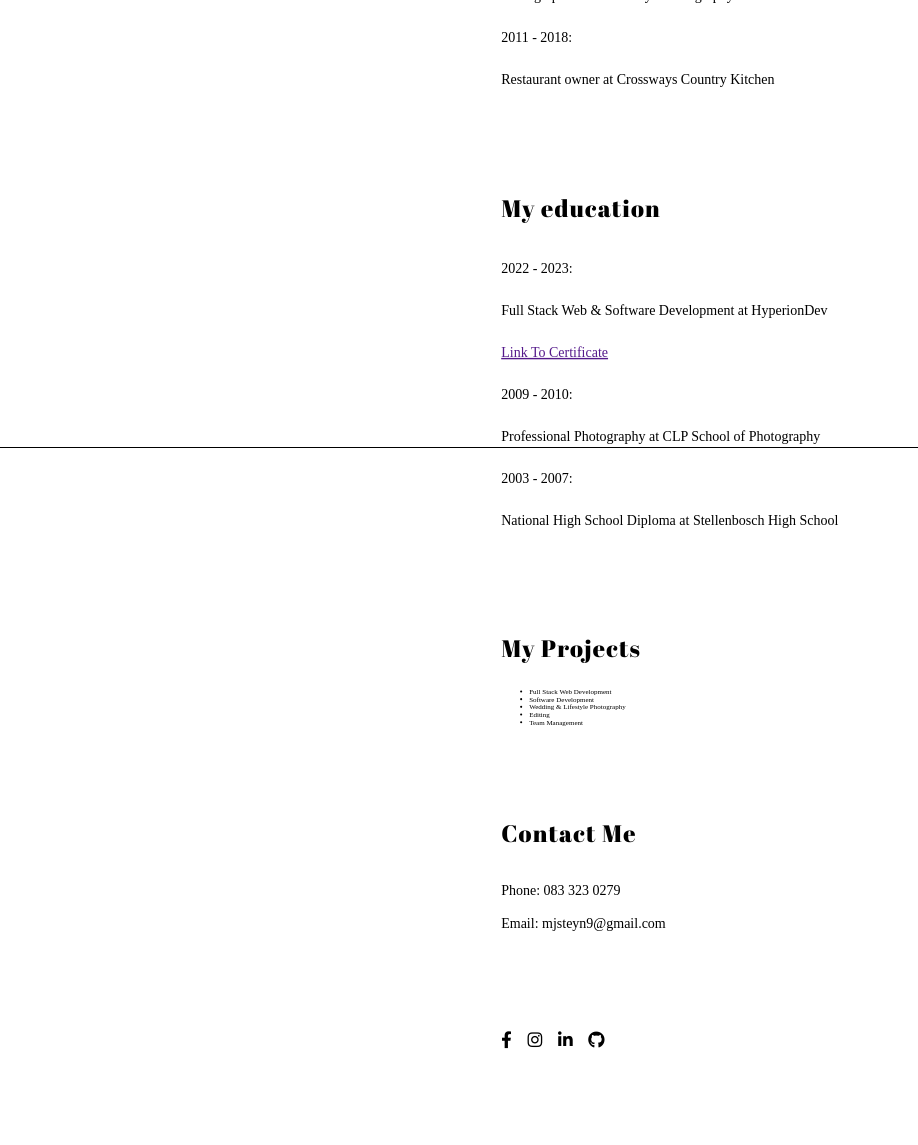
Repository: mikasteyn999/My-CV-Website
Page: index.html
The author's editor kept a copy of each file at every save. The page is drawn from the files as they stood at one save, then again after the next save.
The browser window is 1280 px wide. The page is 1312 px wide, so the pictures cover 1312 px, including what lies to the right of the window. The pictures show the part of the page from y = 2265 to 4145 px (the page is 3900 px tall before and 4145 px after), at 70% of full size.
Some web fonts or font styles are not loaded; a fallback is used.

Above is the page before, as saved 2023-06-03 19:53:49.

### index.html
<!doctype html>
<html lang="en">
    <head>
        <!-- PAGE TITLE -->
        <title>Mika Steyn CV</title>
        <!-- FONTS -->
        <link href="https://fonts.googleapis.com/css?family=Abril+Fatface%7CArapey&amp;subset=latin-ext" rel="stylesheet">
        <!-- STYLESHEETS -->
        <link rel="stylesheet" type="text/css" href="assets/css/main.css">
        <link rel="stylesheet" href="https://cdnjs.cloudflare.com/ajax/libs/font-awesome/5.15.3/css/all.min.css">
    </head>
    <body>
        <!-- IMAGE CONTAINER -->
        <div class="image-container">
            <div class="background-img"></div>
        </div>
        <!-- CONTENT AREA -->
        <div class="content-area">
            <!-- CONTENT AREA INNER -->
            <div class="content-area-inner">
                <!-- INTRO -->
                <section id="intro">
                    <!-- CONTAINER MID -->
                    <div class="container-mid">
                            <h1>I’m Mika Steyn</h1>
                            <p class="subline">DEVELOPER  |  PHOTOGRAPHER  |  DATA ANALYST</p>
                    </div>
                </section>
                <!-- ABOUT -->
                <section id="about">
                    <h3>Why I can help you</h3>
                    <br>
                    <p>I am a multi-talented professional with a unique combination of skills in software development, photography, and data analysis. With a diploma in Full Stack Web & Software Development, I have a strong technical background and am proficient in several programming languages, including HTML, Java, and JavaScript.
                        <br>
                        <br>
                        In addition to my expertise in software development, I have a passion for photography and have been honing my skills for several years. My focus is mostly on weddings & portraiture, playing with natural light in compelling ways.
                        <br>
                        <br>
                        Finally, I have a strong analytical mind and a deep understanding of data analysis. I have experience working with large datasets in the land surveying sector.
                        <br>
                        br
                        With a diverse skill set and a passion for learning new things, I am a dynamic professional who is able to take on a wide range of challenges and deliver exceptional results.</p></p>
                </section>
                <!-- SKILLS -->
                <section id="skills">
                    <h3>My skills</h3>
                    <!-- SKILLS LIST -->
                    <ul class="skills-list">
                        <li>Full Stack Web Development</li>
                        <li>Software Development</li>
                        <li>Wedding & Lifestyle Photography</li>
                        <li>Editing</li>
                        <li>Team Management</li>
                    </ul>
                </section>
                <!-- WORK EXPERIENCE -->
                <section id="work">
                    <h3>My work experience</h3>
                <!-- WORK LIST -->
                    <ul class="work-list">
                        <li>2021 - current:
                            <br>
                            3D Data Analyst at GN Surveys</li>
                        <li>2018 - current:
                            <br>
                            Photographer at Mika Steyn Photography</li>
                        <li>2011 - 2018:
                            <br>
                            Restaurant owner at Crossways Country Kitchen</li>
                    </ul>
                </section>
                <!-- EDUCATION -->
                <section id="education">
                    <h3>My education</h3>
                <!-- EDUCATION LIST -->
                    <ul class="education-list">
                        <li>2022 - 2023:
                            <br>
                            Full Stack Web & Software Development at HyperionDev
                            <br>
                            <a href="">Link To Certificate</a>
                        </li>
                        <li>2009 - 2010:
                            <br>
                            Professional Photography at CLP School of Photography</li>
                        <li>2003 - 2007:
                            <br>
                            National High School Diploma at Stellenbosch High School</li>
                    </ul>
                </section>
                <!-- PROJECTS -->
                <section id="projects">
                    <h3>My Projects</h3>
                    <!-- SKILLS LIST -->
                    <ul class="projects-list">
                        <li>Full Stack Web Development</li>
                        <li>Software Development</li>
                        <li>Wedding & Lifestyle Photography</li>
                        <li>Editing</li>
                        <li>Team Management</li>
                    </ul>
                </section>
                <!-- CONTACT -->
                <section id="contact">
                    <h3>Contact Me</h3>
                    <!-- CONTACT LIST -->
                    <ul class="contact-list">
                        <li>Phone: 083 323 0279</li>
                        <li>Email: mjsteyn9@gmail.com</li>
                    </ul>
                </section>
                <!-- FOOTER -->
                <section id="footer" class="social-icons">
                    <!-- SOCIAL ICONS -->
                    <a href="https://www.facebook.com/mikasteynphotography"><i class="fab fa-facebook-f" aria-hidden="true"></i></a>
                    <a href="https://www.instagram.com/mikasteynphotography"><i class="fab fa-instagram" aria-hidden="true"></i></a>
                    <a href="https://www.linkedin.com/in/mika-steyn-169564208/"><i class="fab fa-linkedin-in" aria-hidden="true"></i></a>
                    <a href="https://github.com/mikasteyn999"><i class="fab fa-github" aria-hidden="true"></i></a>
                </section>
            </div>
        </div>
    </body>
</html>

### assets/css/main.css
html {
    font-size: 10px;
}

body {
    font-family: 'Arapey', serif;
    font-weight: 300;
    font-style: normal;
    color: #000;
    background: #fff;
    -webkit-font-smoothing: antialiased;
}

h1, h2, h3, h4, h5, h6 {
    font-family: 'Abril Fatface', cursive;
    font-weight: normal;
    letter-spacing: .05em;
    color: #000;;
}

h1 {
    font-size: 4.4rem;
}

h2 {
    font-size: 3.9rem;
}

h3 {
    font-size: 3.4rem;
}

h4 {
    font-size: 2.9rem;
}

h5 {
    font-size: 2.4rem;
}

h6 {
    font-size: 1.9rem;
}

p {
    font-size: 1.8rem;
}

@media (max-width:600px) {
    html {
        font-size: 8px;
    }
}

@media (max-width:500px) {
    html {
        font-size: 7px;
    }
}

.image-container {
    position: fixed;
    z-index: 10;
    top: 0;
    left: 0;

    width: 50%;
    height: 100%;
}

.image-container .background-img {
    position: absolute;
    z-index: 1;
    top: 0;
    left: 0;

    width: 100%;
    height: 100%;

    background: url(../img/profilePhoto.jpg);
    background-repeat: no-repeat;
    background-size: cover;
}

@media (max-width:1200px) {
    .image-container {
        position: relative;
        z-index: 10;
        top: 0;
        left: 0;

        width: 100%;
        height: 100vh;
    }
}

.content-area {
    position: relative;
    left: 0;

    width: 100%;
}

.content-area .content-area-inner {
    position: relative;
    left: 50%;

    width: 50%;
    padding: 0 20px;
    overflow-x: hidden;
}

.content-area .content-area-inner section {
    max-width: 520px;
    margin: 0 auto 18vh auto;
}

@media (max-width:1200px) {
    .content-area .content-area-inner {
        left: 0;

        width: 100%;
        padding: 0 20px;
    }
}

#intro {
    position: relative;
    height: 100vh;
    margin-bottom: 0;
}

#intro .container-mid {
    position: absolute;
    top: 50%;
    width: 100%;
    -webkit-transform: translateY(-50%);
        -ms-transform: translateY(-50%);
            transform: translateY(-50%);
}

#intro .container-mid p.subline {
    font-size: 2.2rem;
    line-height: 1.6em;
    margin-top: 2em;
    margin-bottom: 2.2em;
}

@media (max-width:1200px) {
    #intro {
        height: auto;
    }

    #intro .container-mid {
        position: relative;
        top: 0;
        margin: 15vh 0;
        -webkit-transform: translate(0);
            -ms-transform: translate(0);
                transform: translate(0);
    }
}

#about p {
    line-height: 1.5em;
    margin-bottom: 2em;
}

#about p:last-child {
    margin-bottom: 0;
}

#skills .skills-list {
    margin-bottom: 0;
    padding: 0;

    list-style: none;
}

#skills .skills-list li {
    font-size: 2rem;
    line-height: 3em;
}

#work .work-list {
    margin-bottom: 0;
    padding: 0;

    list-style: none;
}

#work .work-list li {
    font-size: 2rem;
    line-height: 3em;
}

#education .education-list {
    margin-bottom: 0;
    padding: 0;
    list-style: none;
}

#education .education-list li {
    font-size: 2rem;
    line-height: 3em;
}

#contact .contact-list {
    margin-bottom: 3.4em;
    padding: 0;
    list-style: none;
}

#contact .contact-list li {
    font-size: 2rem;
    line-height: 2.4em;
}


#footer .fa-facebook-f, .fa-instagram, .fa-linkedin-in, .fa-github {
    padding-right: 20px;
    font-size: x-large;
    color: #000;

}

After the next save:
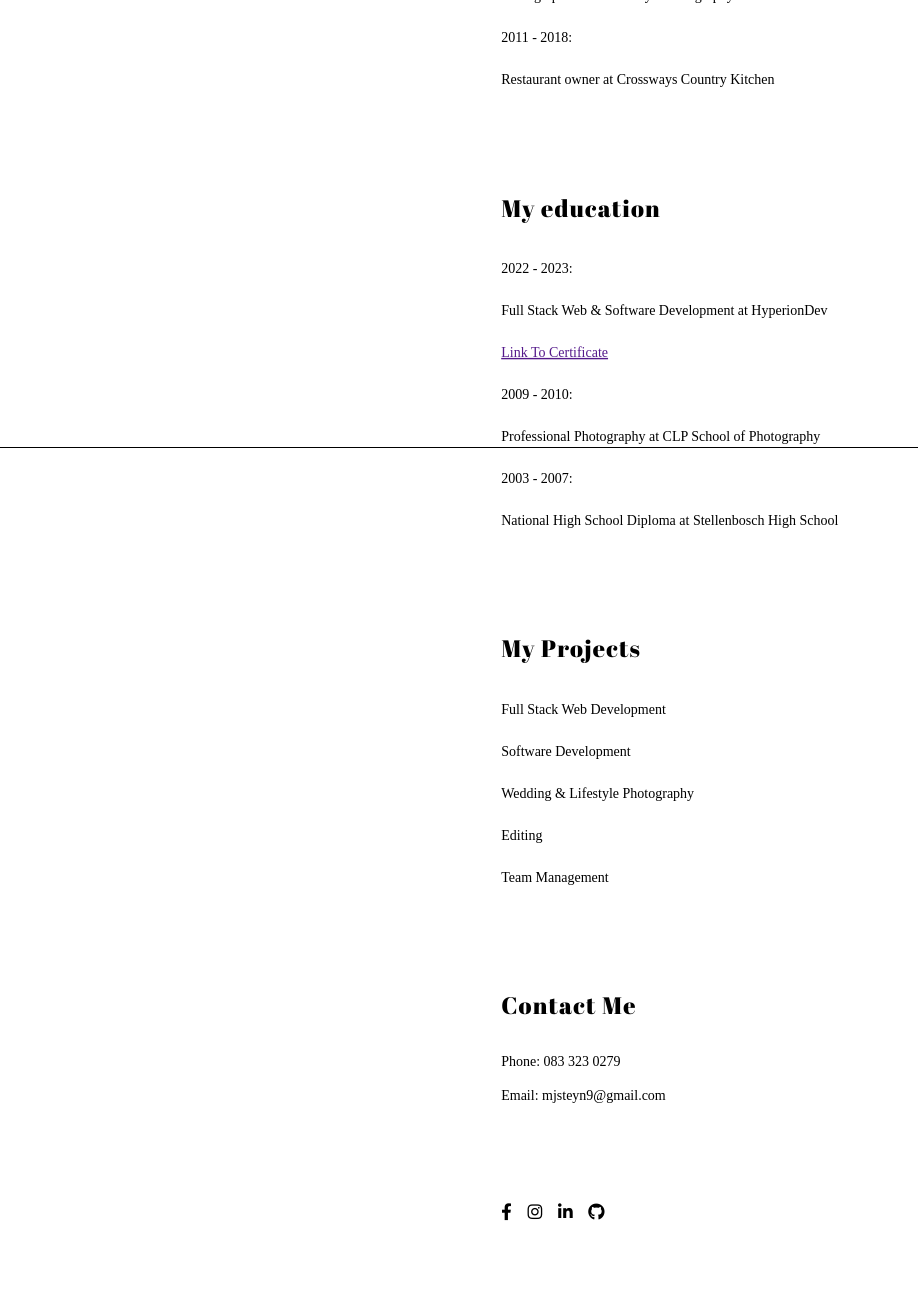
Saved 72 s later.
--- a/assets/css/main.css
+++ b/assets/css/main.css
@@ -182,6 +182,18 @@ p {
     line-height: 3em;
 }
 
+#projects .projects-list {
+    margin-bottom: 0;
+    padding: 0;
+
+    list-style: none;
+}
+
+#projects .projects-list li {
+    font-size: 2rem;
+    line-height: 3em;
+}
+
 #work .work-list {
     margin-bottom: 0;
     padding: 0;
